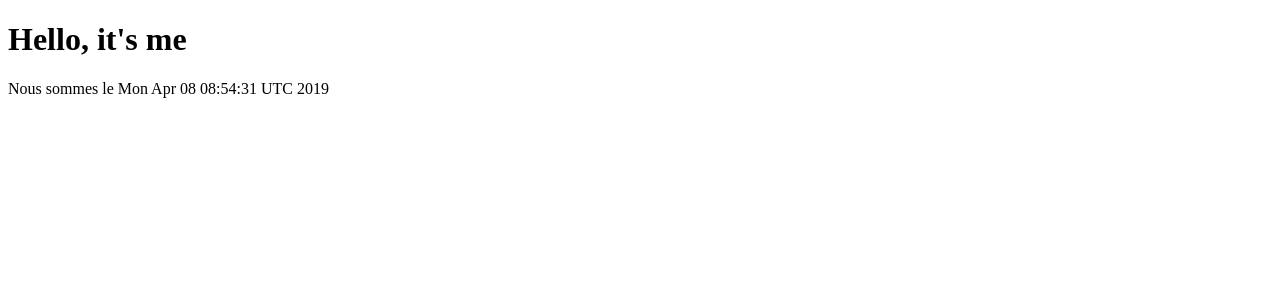
Repository: JohanVairac/montpar-architectureJEE
Page: http://localhost/exempleJEE/resultat.jsp
The author's editor kept a copy of each file at every save. The page is drawn from the files as they stood at one save, then again after the next save.
The browser window is 1280 px wide. The pictures show the whole page.
The page is served by Tomcat 9.

Above is the page before, as saved 2019-04-09 15:03:38.

After the next save:
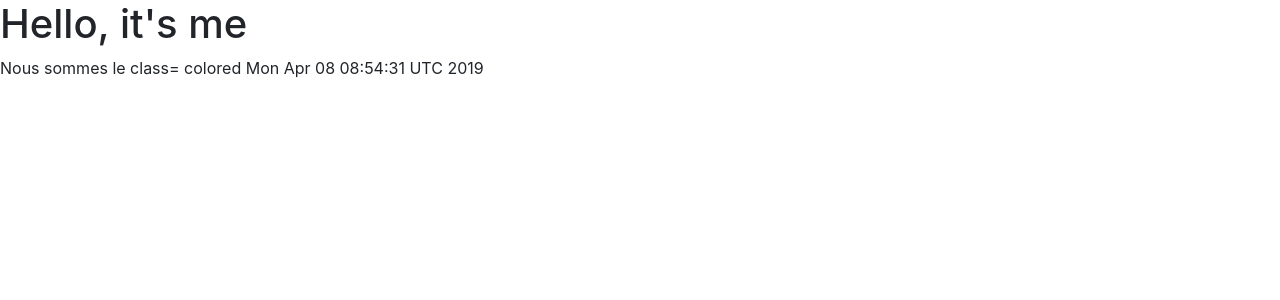
Saved 6 min 1 s later.
--- a/exempleJEE/WebContent/resultat.jsp
+++ b/exempleJEE/WebContent/resultat.jsp
@@ -1,4 +1,6 @@
 <%@page import= "java.util.Date" %>
+<link rel="stylesheet" href="./css/main.css">
+<link rel="stylesheet" href="./css/bootstrap.css">
 
 <%@ page language="java" contentType="text/html; charset=ISO-8859-1"
     pageEncoding="UTF-8"%>
@@ -10,6 +12,6 @@
 </head>
 <body>
 <h1>Hello, it's me </h1>
-<p> Nous sommes le <%= new Date (). toString() %>
+<p> Nous sommes le <span > class= colored <%= new Date ().  toString() %> </span>
 </body>
 </html>
